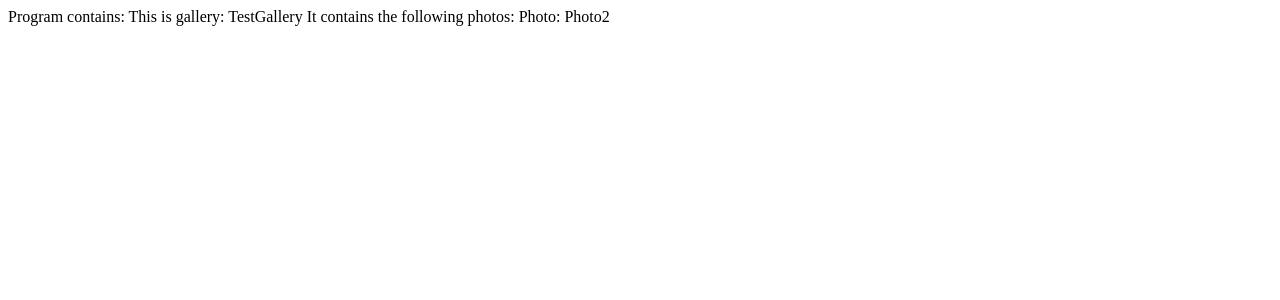
Repository: TheJot/MDEProject
Page: http://localhost/src-gen/TestGallery.php
The author's editor kept a copy of each file at every save. The page is drawn from the files as they stood at one save, then again after the next save.
The browser window is 1280 px wide. The pictures show the whole page.
The page is run by PHP 8.4 with error messages shown; the project is at /var/www/html/.

Above is the page before, as saved 2021-07-02 06:57:00.

### runtimeEclipse/TestGenerateMe/src-gen/TestGallery.php
Program contains:
		This is gallery: TestGallery
It contains the following photos:
Photo: Photo2

After the next save:
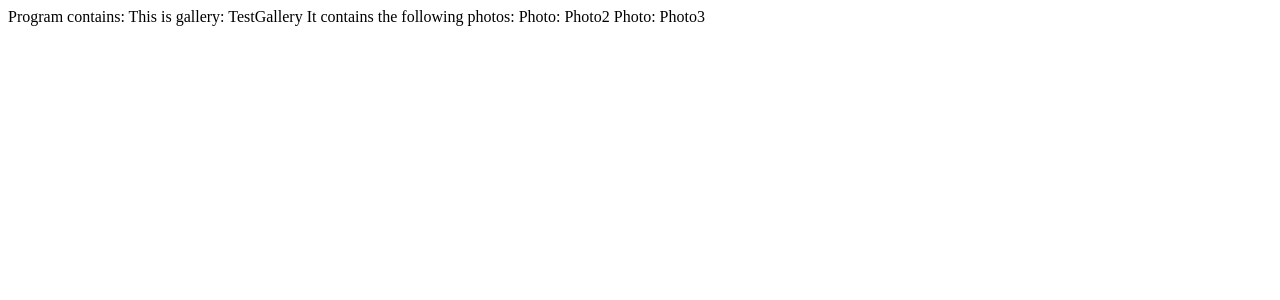
Saved 113 s later.
--- a/runtimeEclipse/TestGenerateMe/src-gen/TestGallery.php
+++ b/runtimeEclipse/TestGenerateMe/src-gen/TestGallery.php
@@ -2,3 +2,4 @@ Program contains:
 		This is gallery: TestGallery
 It contains the following photos:
 Photo: Photo2
+Photo: Photo3
